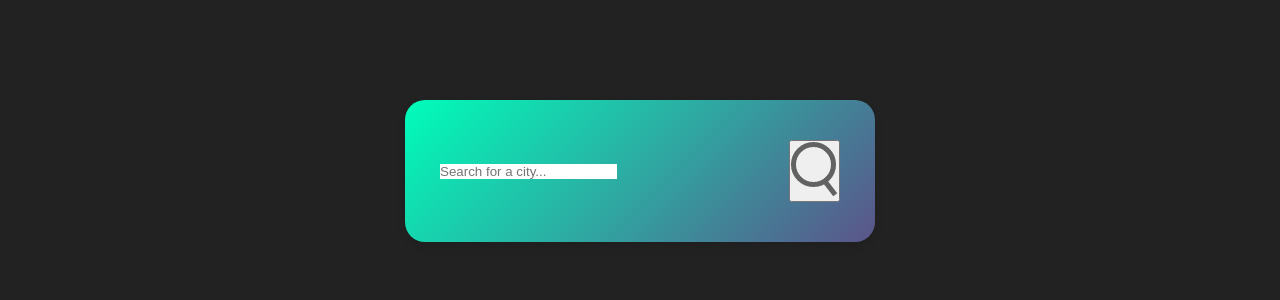
Repository: Abdelilah-Lakrim/Weather-App
Page: index.html
The author's editor kept a copy of each file at every save. The page is drawn from the files as they stood at one save, then again after a run of saves.
The browser window is 1280 px wide. The pictures show the whole page.

Above is the page before, as saved 2025-06-17 11:05:21.

After the next 6 saves:
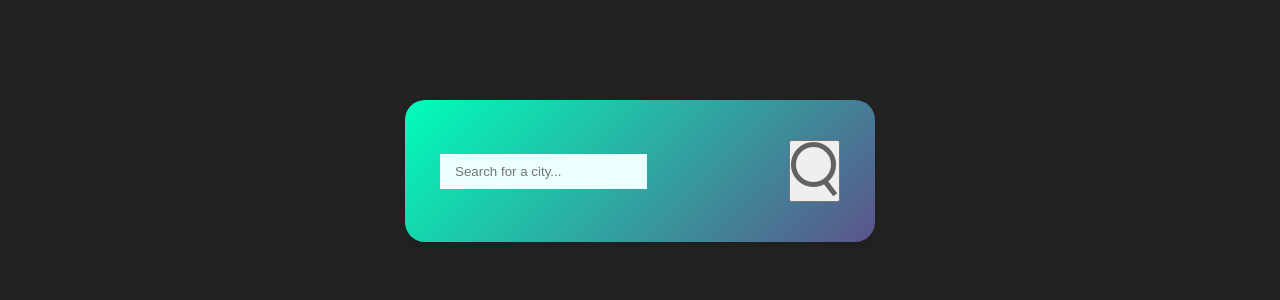
The 6 saves are shown as one change because they came seconds apart.
The last was saved 17 s later.
--- a/style.css
+++ b/style.css
@@ -31,4 +31,6 @@ body{
 .search input{
     border: 0;
     outline: 0;
-    background: eb;
+    background: #ebfffc;
+    color: #333;
+    padding: 10px 15px;
